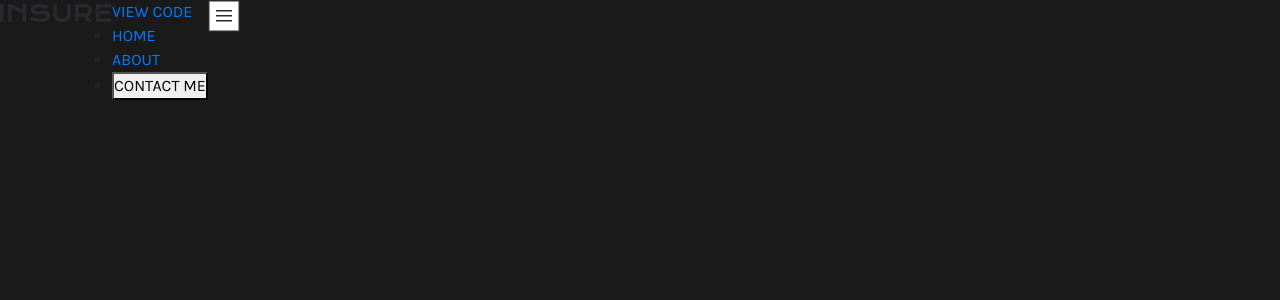
Repository: Afeez-Ola/Insure-landing-page
Page: index.html
These files come from the project's save history. The page is drawn as it stood at one moment and after the next save; the edit follows.
The browser window is 1280 px wide. The pictures show the whole page.
Some web libraries are served in a nearby version.

Above is the page before, as saved 2020-07-30 00:40:32.

### index.html
<!DOCTYPE html>
<html lang="en">

<head>
    <meta charset="UTF-8">
    <meta name="viewport" content="width=device-width, initial-scale=1.0">

    <title>Frontend Mentor | Insure landing page</title>
    <link rel="icon" type="image/png" sizes="32x32" href="./images/favicon-32x32.png">
    <link href="https://fonts.googleapis.com/css2?family=Karla&family=Montserrat&display=swap" rel="stylesheet">
    <link href="https://fonts.googleapis.com/css2?family=DM+Serif+Display&display=swap" rel="stylesheet">
    <!-- Bootstrap CDN for CSS -->
    <link rel="stylesheet" href="https://stackpath.bootstrapcdn.com/bootstrap/4.5.0/css/bootstrap.min.css" integrity="sha384-9aIt2nRpC12Uk9gS9baDl411NQApFmC26EwAOH8WgZl5MYYxFfc+NcPb1dKGj7Sk" crossorigin="anonymous">

    <!-- Font-awesome CDN -->
    <link rel="stylesheet" href="https://pro.fontawesome.com/releases/v5.10.0/css/all.css" integrity="sha384-AYmEC3Yw5cVb3ZcuHtOA93w35dYTsvhLPVnYs9eStHfGJvOvKxVfELGroGkvsg+p" crossorigin="anonymous" />

    <link rel="stylesheet" href="/css/styles.css">
    <!-- <style>
        .attribution {
            font-size: 11px;
            text-align: center;
        }

        .attribution a {
            color: hsl(228, 45%, 44%);
        }
    </style> -->
</head>

<body>

    <header>
        <nav>
            <div class="logo">
                <img src="/images/logo.svg" alt="INSURE">
            </div>
            <ul class="nav-links">
                <li>
                    <a href="">VIEW CODE</a>
                </li>
                <li>
                    <a href="">HOME</a>
                </li>
                <li>
                    <a href="">ABOUT</a>
                </li>
                <li>
                    <button>CONTACT ME</button>
                </li>
            </ul>
            <div class="burger">
                <img src="/images/icon-hamburger.svg" alt="burger">
            </div>
        </nav>

    </header>

    <main>

    </main>

    <footer>

    </footer>
    <!--




  Humanizing your insurance.

  Get your life insurance coverage easier and faster. We blend our expertise
  and technology to help you find the plan that’s right for you. Ensure you
  and your loved ones are protected.

  View plans

  We’re different

  Snappy Process

  Our application process can be completed in minutes, not hours. Don’t get
  stuck filling in tedious forms.

  Affordable Prices

  We don’t want you worrying about high monthly costs. Our prices may be low,
  but we still offer the best coverage possible.

  People First

  Our plans aren’t full of conditions and clauses to prevent payouts. We make
  sure you’re covered when you need it.

  Find out more about how we work

  How we work

  Our company

  How we work
  Why Insure?
  View plans
  Reviews

  Help me

  FAQ
  Terms of use
  Privacy policy
  Cookies

  Contact

  Sales
  Support
  Live chat

  Others

  Careers
  Press
  Licenses


  <div class="attribution">
    Challenge by <a href="https://www.frontendmentor.io?ref=challenge" target="_blank">Frontend Mentor</a>.
    Coded by <a href="#">Your Name Here</a>.
  </div> -->

    <script src="script.js"></script>
</body>

</html>

### css/styles.css
:root {
    --VeryDarkViolet: hsl(270, 9%, 17%);
    --DarkGrayishViolet: hsl(273, 4%, 51%);
    --VeryLightGray: hsl(0, 0%, 98%);
    --white: hsl(0, 0%, 10%);
    --DarkViolet: hsl(256, 26%, 20%);
    --GrayishBlue: hsl(216, 30%, 68%);
}

* {
    margin: 0;
    padding: 0;
    outline: 0;
    box-sizing: border-box;
}

body {
    font-family: 'Karla', sans-serif;
    background: var(--white);
    -webkit-font-smoothing: antialiased;
}

body,
input,
button {
    font-size: 16px;
    font-family: 'Karla', sans-serif;
}

button {
    cursor: pointer;
}


/*********** Navbar Section starts **********/

nav {
    display: flex;
}

### script.js
const navAnim = () => {
    const burger = document.querySelector('.burger');
    const nav = document.querySelector('.nav-links');

    burger.addEventListener('click', () => {
        nav.classList.toggle('nav-active');
    });

};

navAnim();

After the next save:
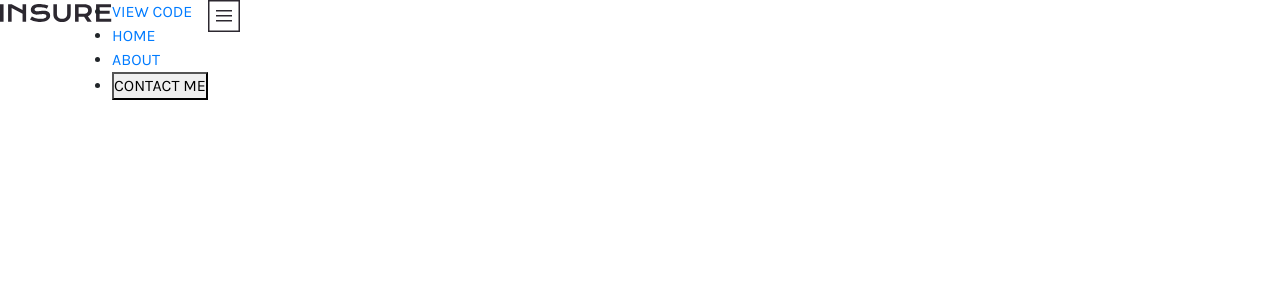
Saved 53 s later.
--- a/css/styles.css
+++ b/css/styles.css
@@ -2,7 +2,7 @@
     --VeryDarkViolet: hsl(270, 9%, 17%);
     --DarkGrayishViolet: hsl(273, 4%, 51%);
     --VeryLightGray: hsl(0, 0%, 98%);
-    --white: hsl(0, 0%, 10%);
+    --white: hsl(0, 0%, 100%);
     --DarkViolet: hsl(256, 26%, 20%);
     --GrayishBlue: hsl(216, 30%, 68%);
 }
